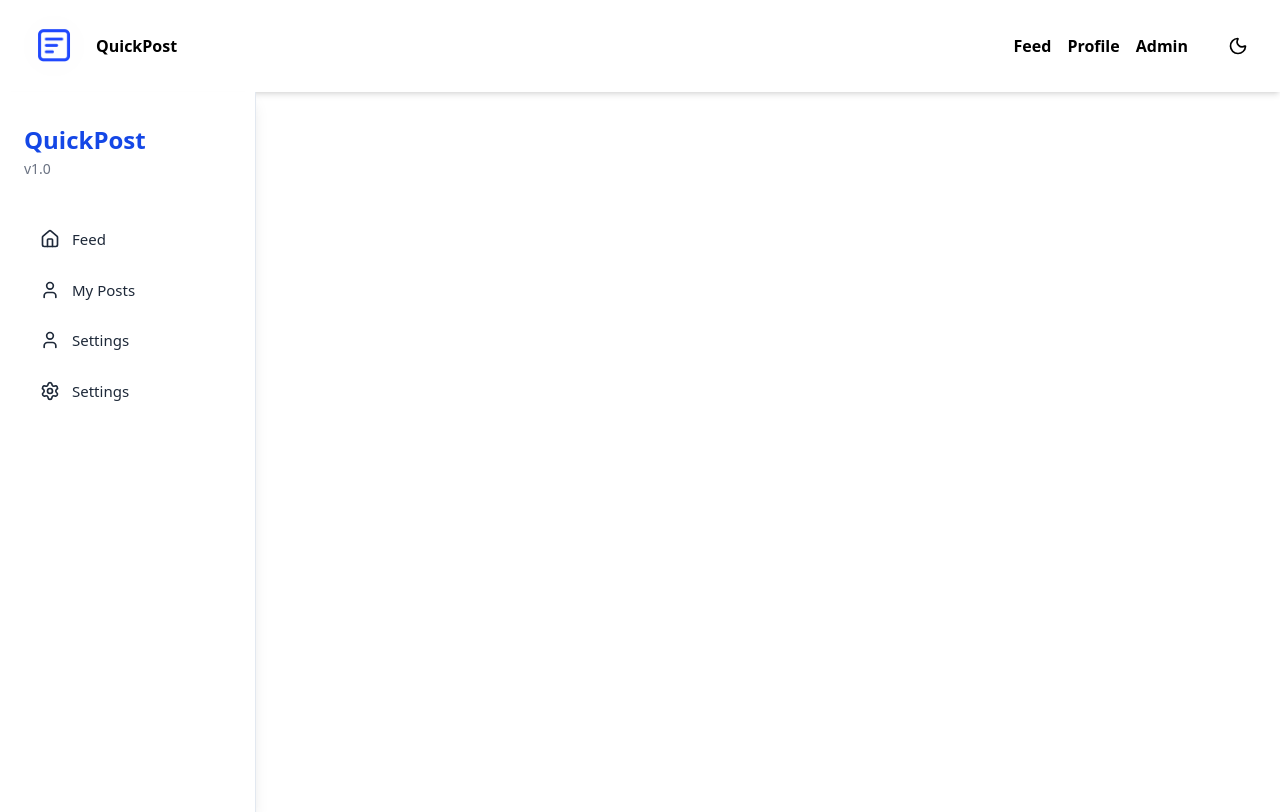
Repository: keith212005/quickpost
Page: /
The author's editor kept a copy of each file at every save. The page is drawn from the files as they stood at one save, then again after a run of saves.
The browser window is 1280 px wide. The pictures show the whole page.
The project was rebuilt for these pictures with package versions that can differ from the ones it lists, and the page was loaded fresh each time. The framework's server and built-in components were replaced by stand-ins that run in the browser. Also part of the build but not shown: next.config.ts.

Above is the page before, as saved 2025-05-02 18:20:52.

### src/app/layout.tsx
import './globals.css';

import type { Metadata } from 'next';
import { Geist, Geist_Mono } from 'next/font/google';

import NavBar from '@/components/layout/NavBar';
import SideBar from '@/components/layout/SideBar';
import { ThemeProvider } from '@/components/ThemeProvider';

const geistSans = Geist({
  variable: '--font-geist-sans',
  subsets: ['latin'],
});

const geistMono = Geist_Mono({
  variable: '--font-geist-mono',
  subsets: ['latin'],
});

export const metadata: Metadata = {
  title: 'Create Next App',
  description: 'Generated by create next app',
};

export default function RootLayout({
  children,
}: Readonly<{
  children: React.ReactNode;
}>) {
  return (
    <html lang='en' suppressHydrationWarning>
      <body
        className={`${geistSans.variable} ${geistMono.variable} antialiased`}
      >
        <ThemeProvider
          attribute='class'
          defaultTheme='system'
          enableSystem
          disableTransitionOnChange
        >
          <NavBar />
          <div className='flex'>
            <SideBar />
            <main className='flex-1'>{children}</main>
          </div>
        </ThemeProvider>
      </body>
    </html>
  );
}

### src/app/page.tsx
export default function Home() {
  return (
    <div className='grid min-h-screen grid-rows-[20px_1fr_20px] items-center justify-items-center gap-16 p-8 pb-20 font-[family-name:var(--font-geist-sans)] sm:p-20'>
      <main className='row-start-2 flex flex-col items-center gap-[32px] sm:items-start'></main>
      <footer className='row-start-3 flex flex-wrap items-center justify-center gap-[24px]'></footer>
    </div>
  );
}

### src/components/layout/NavBar.tsx
'use client';

import { Moon, Sun } from 'lucide-react';
import Image from 'next/image';
import { useTheme } from 'next-themes';
import { useEffect, useState } from 'react';

import NavLink from '../ui/NavLink';

export default function Navbar() {
  const { theme, setTheme } = useTheme();
  const [mounted, setMounted] = useState(false);

  useEffect(() => {
    setMounted(true);
  }, []);

  return (
    <header className='w-full bg-white shadow-md dark:bg-black'>
      <div className='mx-auto flex max-w-7xl items-center justify-between px-6 py-4'>
        <div className='flex items-center space-x-3'>
          <Image
            src='/quick-post-logo.png'
            alt='logo'
            width={60}
            height={60}
            className='rounded-full'
          />
          <NavLink href='/' label='QuickPost' />
        </div>
        <nav className='flex items-center gap-4'>
          <NavLink href='/dashboard' label='Feed' />
          <NavLink href='/profile' label='Profile' />
          <NavLink href='/admin' label='Admin' />

          {mounted && (
            <button
              onClick={() => setTheme(theme === 'dark' ? 'light' : 'dark')}
              className='ml-4 rounded p-2 transition-colors hover:bg-gray-200 dark:hover:bg-gray-400'
              aria-label='Toggle Theme'
            >
              {theme === 'dark' ? (
                <Sun className='h-5 w-5 dark:text-white' />
              ) : (
                <Moon className='h-5 w-5 text-black' />
              )}
            </button>
          )}
        </nav>
      </div>
    </header>
  );
}

### src/components/layout/SideBar.tsx
'use client';

import { Home, Settings, User } from 'lucide-react';
import Link from 'next/link';

import SideBarLink from '../ui/SideBarLink';
import ThemedIcon from '../ui/ThemedIcon';

export default function Sidebar() {
  return (
    <aside className='hidden h-screen w-64 flex-col border-r bg-white px-6 py-8 shadow-lg md:flex dark:bg-black'>
      <div className='mb-10'>
        <h1 className='text-2xl font-extrabold text-blue-700 dark:text-white'>
          QuickPost
        </h1>
        <span className='text-sm text-gray-500 dark:text-gray-400'>v1.0</span>
      </div>
      <nav className='flex flex-col space-y-3 text-[15px] font-medium text-gray-800'>
        <SideBarLink href='/dashboard' label='Feed'>
          <ThemedIcon Icon={Home} />
        </SideBarLink>

        <SideBarLink href='/profile' label='My Posts'>
          <ThemedIcon Icon={User} />
        </SideBarLink>

        <SideBarLink href='/settings' label='Settings'>
          <ThemedIcon Icon={User} />
        </SideBarLink>

        <Link
          href='/settings'
          className='flex items-center gap-3 rounded-lg px-4 py-2 transition hover:bg-blue-50'
        >
          <Settings className='h-5 w-5' />
          Settings
        </Link>
      </nav>
    </aside>
  );
}

### src/components/ThemeProvider.tsx
import * as React from "react"
import { ThemeProvider as NextThemesProvider } from "next-themes";

export function ThemeProvider({
    children,
    ...props
  }: React.ComponentProps<typeof NextThemesProvider>) {
    return <NextThemesProvider {...props}>{children}</NextThemesProvider>
}

### src/components/ui/NavLink.tsx
import Link2 from 'next/link';
import React from 'react';

type NavLinkProps = {
  href: string;
  label: string;
};

const NavLink = ({ href, label }: NavLinkProps) => {
  return (
    <Link2 href={href} className='font-semibold text-black dark:text-white'>
      {label}
    </Link2>
  );
};

export default NavLink;

### src/components/ui/SideBarLink.tsx
import Link from 'next/link';
import React from 'react';

type SideBarLinkProps = {
  children: React.ReactNode;
  href: string;
  label: string;
};

const SideBarLink = ({ children, href, label }: SideBarLinkProps) => {
  return (
    <Link
      href={href}
      className='flex items-center gap-3 rounded-lg px-4 py-2 transition hover:bg-gray-700 dark:text-white'
    >
      {children}
      {label}
    </Link>
  );
};

export default SideBarLink;

### src/components/ui/ThemedIcon.tsx
import { LucideIcon } from 'lucide-react';
import React from 'react';

type ThemedIconProps = {
  Icon: LucideIcon;
};

const ThemedIcon = ({ Icon }: ThemedIconProps) => {
  return <Icon className='h-5 w-5 hover:text-black dark:text-white' />;
};

export default ThemedIcon;

Loaded but not shown: src/app/globals.css (common file)

After the next 2 saves:
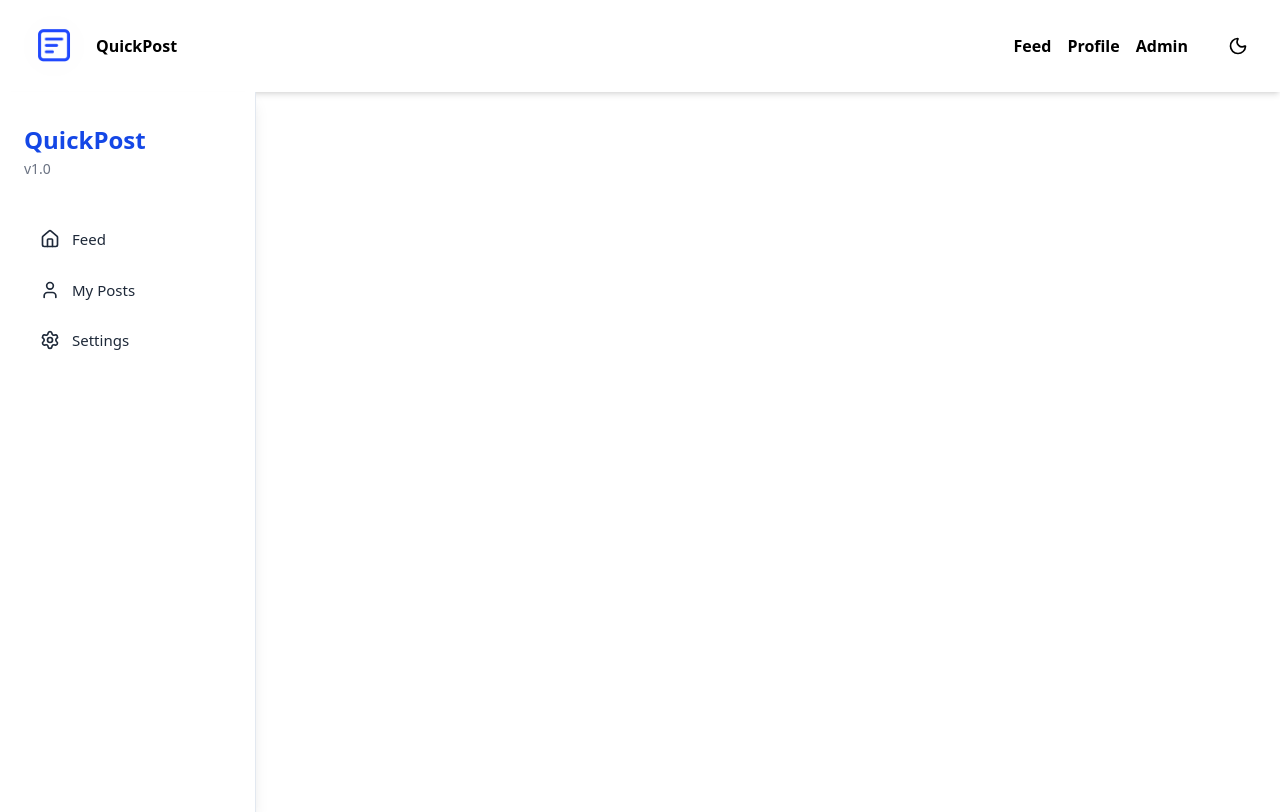
The 2 saves are shown as one change because they came seconds apart.
The last was saved 9 s later.
--- a/src/components/layout/SideBar.tsx
+++ b/src/components/layout/SideBar.tsx
@@ -25,16 +25,8 @@ export default function Sidebar() {
         </SideBarLink>
 
         <SideBarLink href='/settings' label='Settings'>
-          <ThemedIcon Icon={User} />
+          <ThemedIcon Icon={Settings} />
         </SideBarLink>
-
-        <Link
-          href='/settings'
-          className='flex items-center gap-3 rounded-lg px-4 py-2 transition hover:bg-blue-50'
-        >
-          <Settings className='h-5 w-5' />
-          Settings
-        </Link>
       </nav>
     </aside>
   );
